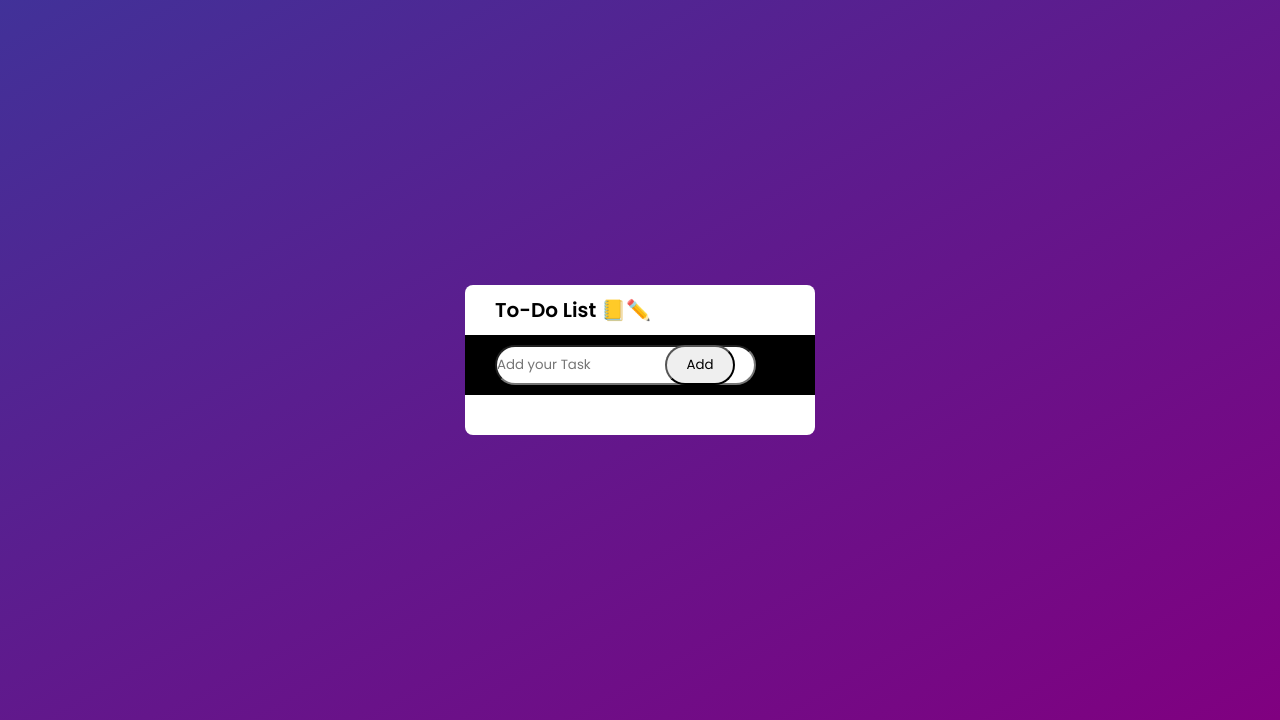
Repository: Ankitkr2021/To-Do-List
Page: index.html
These files come from the project's save history. The page is drawn as it stood at one moment and after the next save; the edit follows.
The browser window is 1280 px wide. The pictures show the whole page.

Above is the page before, as saved 2025-10-03 10:09:32.

### index.html
<!DOCTYPE html>
<html lang="en">
<head>
    <meta charset="UTF-8">
    <meta name="viewport" content="width=device-width, initial-scale=1.0">
    <title>To-Do-List</title>
    <link rel="stylesheet" href="./style.css">
</head>
<body>
    <div class="box">
        <h1>To-Do List 📒✏️</h1>
        <div class="task">
        <input id="add" type="text" placeholder="Add your Task">
        <button type="submit">Add</button>
        </div>
    </div>
</body>
</html>

### style.css
@import url("https://fonts.googleapis.com/css2?family=Poppins:wght@300;400;500;600;700&display=swap");

*{
    margin: 0;
    padding: 0;
    box-sizing: border-box;
    font-family: 'Poppins',sans-serif;
}

body{
    display: flex;
    justify-content: center;
    align-items: center;
    height: 100vh;
    background: linear-gradient(to bottom right, rgba(40, 22, 139, 0.884), purple);
}

.box {
    background: #fff;
    height: 150px;
    max-height: 300px;
    width: 350px;
    border-radius: 8px;
}

.box h1 {
    padding: 10px 30px;
    font-size: 20px;
    font-weight: 600;
}

.task {
    background: #000;
    padding: 10px 30px;
    position: relative;
}

.task input {
    width: 90%;
    height: 40px;
    border-radius: 20px;
}

.task button {
    content: "";
    position: absolute;
    left: 200px;
    height: 40px;
    width: 20%;
    border-radius: 20px;
}

After the next save:
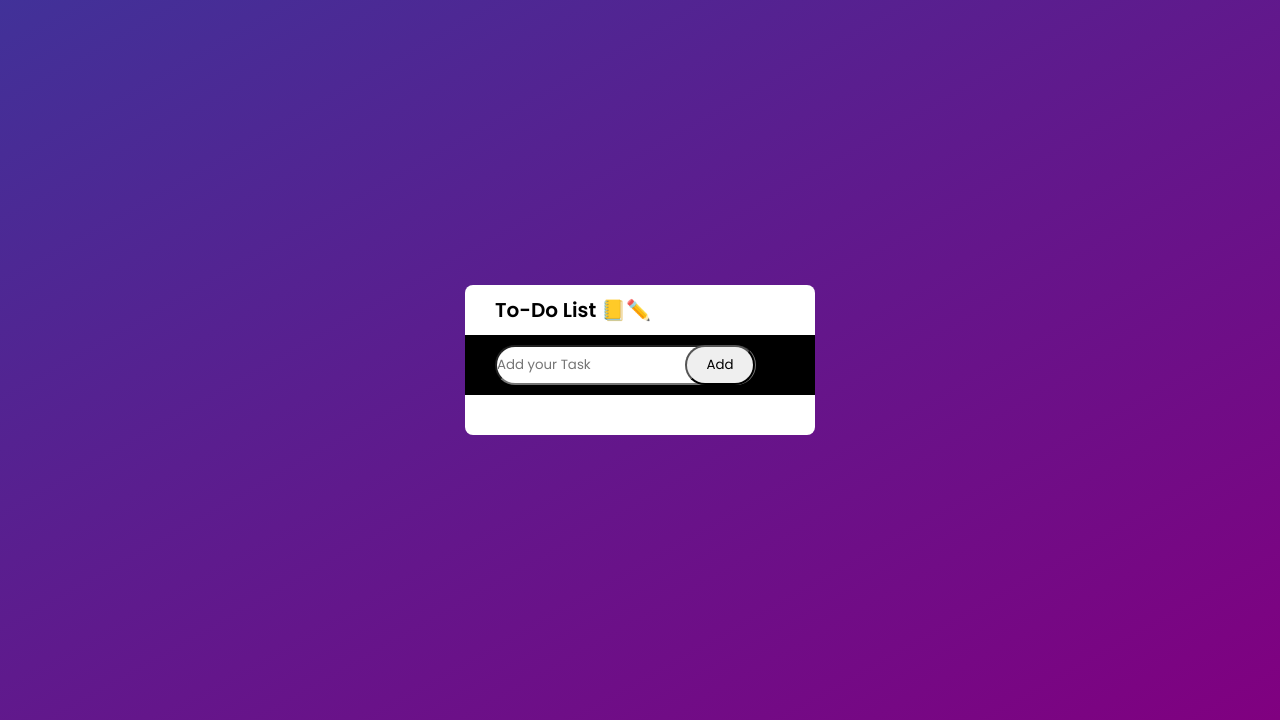
Saved 4 s later.
--- a/style.css
+++ b/style.css
@@ -44,7 +44,7 @@ body{
 .task button {
     content: "";
     position: absolute;
-    left: 200px;
+    left: 220px;
     height: 40px;
     width: 20%;
     border-radius: 20px;
